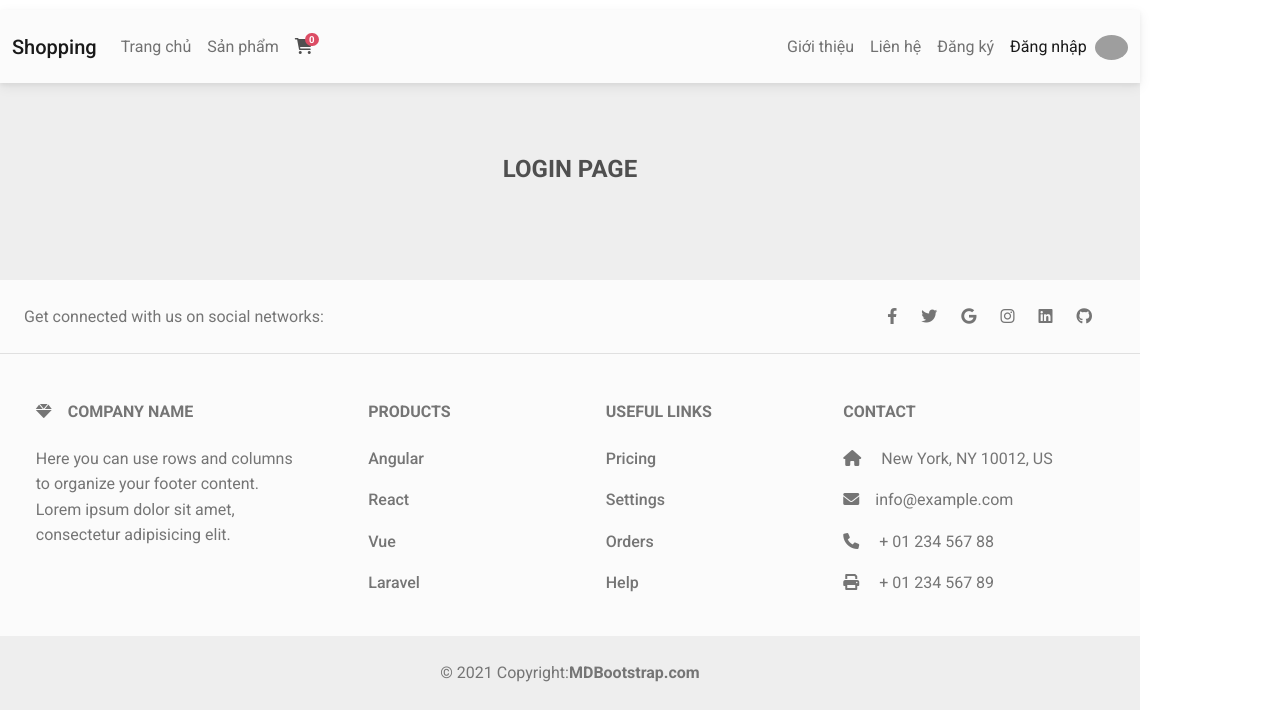
Repository: TinhTT336/MD02_Session10
Page: /login
These files come from the project's save history. The page is drawn as it stood at one moment and after the next save; the edit follows.
The browser window is 1280 px wide. The pictures show the whole page.
Pictures or frames that could not be fetched are drawn as grey boxes. Some web libraries are served in a nearby version. The project was rebuilt for these pictures with package versions that can differ from the ones it lists, and the page was loaded fresh each time. Also part of the build but not shown: vite.config.js, src/components/base/button/button.css, src/components/base/button/Button.jsx, src/pages/Home.jsx, src/common/formatMoney.js, src/actions/cartActions.js, src/pages/ListProduct.jsx, src/pages/Cart.jsx and 13 more.

Above is the page before, as saved 2023-09-08 16:58:04.

After the next save:
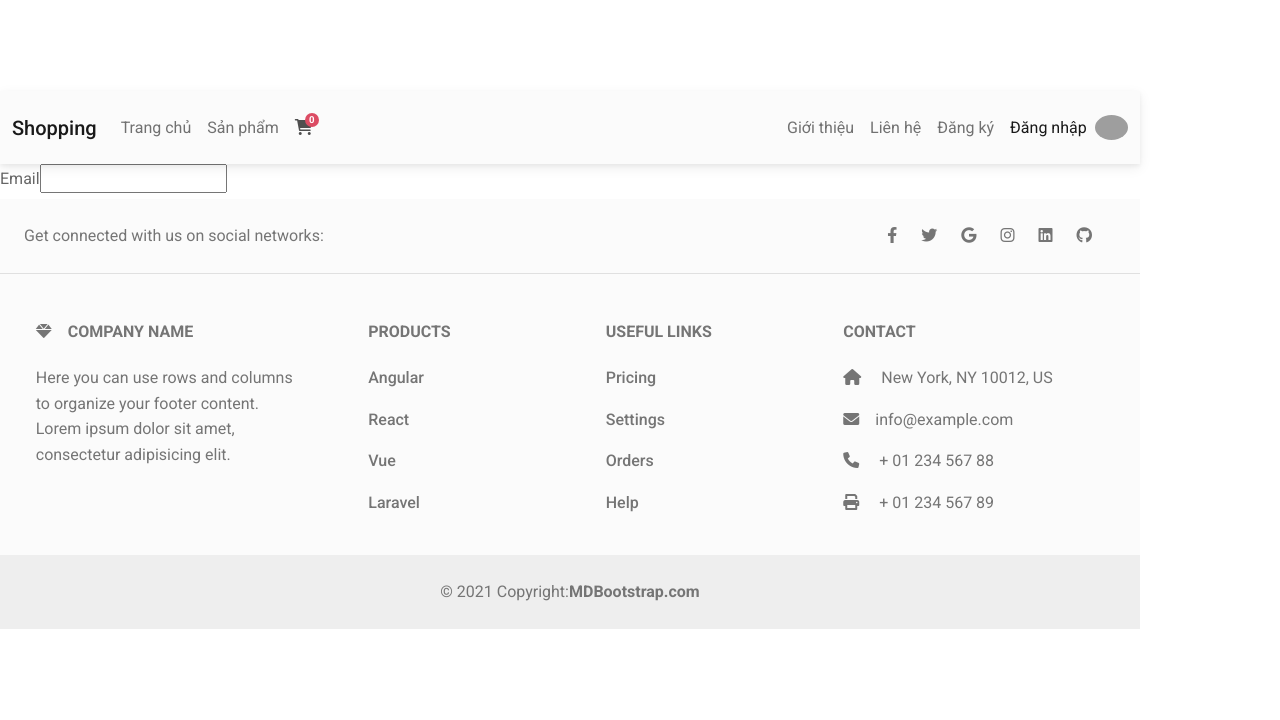
Saved 2 min 4 s later.
--- a/src/pages/Login.jsx
+++ b/src/pages/Login.jsx
@@ -6,13 +6,13 @@ export default function Login() {
     return (
         <div>
             <Navbar />
-            <section style={{ backgroundColor: "#eee" }}>
-                <div className="text-center container py-5">
-                    <h4 className="mt-4 mb-5">
-                        <strong>LOGIN PAGE</strong>
-                    </h4>
+            <form className='form-container'>
+                <div>
+                    <label className='form-label' htmlFor="email">Email</label>
+                    <input className='form-input' type="text" id="email" />
                 </div>
-            </section>
+
+            </form>
             <Footer />
         </div>
     )
